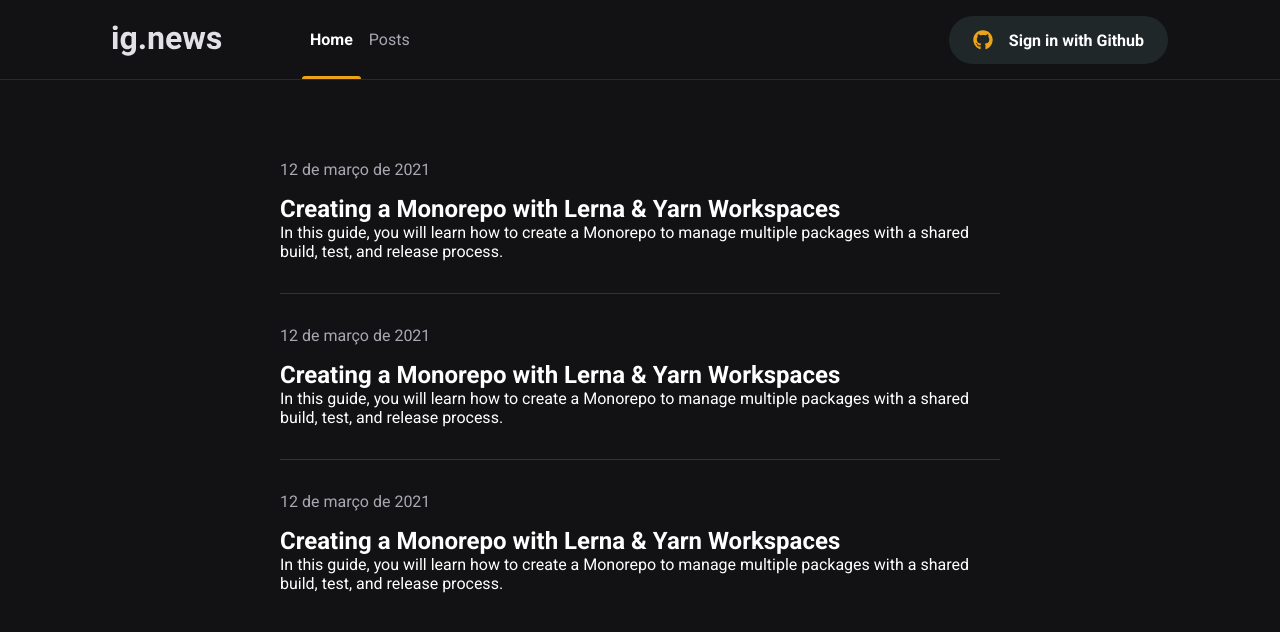
Repository: savinnsk/ignews
Page: /posts
These files come from the project's save history. The page is drawn as it stood at one moment and after the next save; the edit follows.
The browser window is 1280 px wide. The pictures show the whole page.
The page's requests for data from a server got no answer. The project was rebuilt for these pictures with package versions that can differ from the ones it lists, and the page was loaded fresh each time. The framework's server and built-in components were replaced by stand-ins that run in the browser. No one was signed in, and anything a server would have sent is missing.

Above is the page before, as saved 2021-06-24 21:30:36.

### src/pages/_app.tsx
import {Header} from "../components/Header/Header";

import { AppProps }  from 'next/app';
import '../styles/globals.scss';
import { Provider as NextAuthProvider } from 'next-auth/client'

function MyApp({ Component, pageProps } : AppProps ) {
  return (
  <NextAuthProvider session={pageProps.session}>
    <Header/>
    <Component {...pageProps} />
  </NextAuthProvider>
  )
}

export default MyApp

### src/pages/_document.tsx
import Document , { Html , Head , Main ,NextScript }from 'next/document';


export default class MyDocument extends Document {
    render(){
        return (
            <Html>
                <Head>
                <link rel="preconnect" href="https://fonts.gstatic.com"/>
                <link href="https://fonts.googleapis.com/css2?family=Roboto:wght@400;700;900&display=swap" rel="stylesheet"/>
                <link rel="shortcut icon" href="/favicon.png" type="image/png" />

                </Head>

                <body>
                    <Main />
                    <NextScript/>
                </body>
            </Html>
        )
    }
}

### src/pages/posts/index.tsx
import styles from './styles.module.scss'
import Head  from 'next/head'

export default function Post(){
    return (
        <>
        <Head>
            <title>Posts | Ignews</title>
        </Head>

        <main className={styles.container}>
          <div className={styles.posts} >
              <a href="">
                  <time>12 de março de 2021</time>
                  <strong>Creating a Monorepo with Lerna & Yarn Workspaces</strong>
                  <p>In this guide, you will learn how to create a Monorepo to manage multiple packages with a shared build, test, and release process.</p>
              </a>

              <a href="">
                  <time>12 de março de 2021</time>
                  <strong>Creating a Monorepo with Lerna & Yarn Workspaces</strong>
                  <p>In this guide, you will learn how to create a Monorepo to manage multiple packages with a shared build, test, and release process.</p>
              </a>

               <a href="">
                  <time>12 de março de 2021</time>
                  <strong>Creating a Monorepo with Lerna & Yarn Workspaces</strong>
                  <p>In this guide, you will learn how to create a Monorepo to manage multiple packages with a shared build, test, and release process.</p>
              </a>

          </div>
        </main>
        </>
    );
}

### src/components/Header/Header.tsx
import { SignInButton } from '../SingInButton/SignInButton';
import styles from './styles.module.scss';


export function Header (){
    return (
        <header className={styles.HeaderContainer}>
            <div className={styles.HeaderContent}>
                <img src="/images/logo.svg" alt="ig.news" />
                <nav>
                    <a className={styles.active} href="">Home</a>
                    <a  href="">Posts</a>
                </nav>

                <SignInButton/>
            </div>
        </header>
    )
}

### src/styles/globals.scss
* {
    margin : 0 ;
    padding: 0;
    box-sizing: border-box;

}


:root {

    --white : #ffffff;

    --gray100 : #e1e1e6 ;
    --gray300 : #a8a8b3;
    --gray700 : #323238;
    --gray-green850 : #1f2729;
    --gray800 : #29292e;
    --gray900: #121214;

    --cyan500 : #61dafb;
    --yellow500 : #eba417;
}


@media (max-width : 1080px){

    html{
        font-size : 93.75%  // 15px
    }
}

@media (max-width : 720px){

    html{
        font-size : 87.5% //14px
    }
}

body {

    background: var(--gray900);
    color : var(--white)

}


body , input ,button , select , textarea {
    font : 400 1rem "Roboto" , sans-sarif;
}

button {
    cursor: pointer ;
}


a{
    color : inherit ;
    text-decoration: none;
}

### src/pages/posts/styles.module.scss
.container {
    max-width: 1120px;
    margin: 0 auto;
    padding: 0 2rem;
}

.posts{
    max-width: 720px;
    margin: 5rem auto 0;

    a{
        display: block;

        & + a {
            margin-top: 2rem;
            padding-top:2rem;
            border-top:1px solid var(--gray700)
        }

        time {
            font-size:1rem;
            display: flex;
            align-items : center;
            color : var(--gray300)
        }

        strong {
            display: block;
            font-size: 1.5rem;
            margin-top : 1rem;
        }
    }
}

### src/components/SingInButton/SignInButton.tsx
import styles from './styles.module.scss'
import {FaGithub} from 'react-icons/fa'
import {FiX} from 'react-icons/fi';

import { signIn , signOut ,useSession } from 'next-auth/client'

export function SignInButton  () {

    const [session] = useSession() ;
    console.log(session)

 return session ? (



<button type="button"
    className={styles.SignInButton}
    onClick={()=> signOut()}
    >
       <FaGithub color="#04d361"/>
        {session.user.name}
        <FiX color="#737380" className={styles.closeIcon}/>
   </button>

 ): (

   <button type="button"
className={styles.SignInButton}
onClick={() => signIn('github')}
>
   <FaGithub color="#eba417"/>
    Sign in with Github
</button>



 )
}

### src/components/Header/styles.module.scss
.HeaderContainer {
    height : 5rem ;
    border-bottom : 1px solid var(--gray800)
}


.HeaderContent {
    max-width: 1120px;
    width: 100%;
    height : 5rem ;
    margin : 0 auto ; //align center horizon
    padding: 0 2rem;
    display : flex ;
    align-items: center;

        nav {
            margin-left:5rem ;
            height :5rem ;

                a{

                display: inline-block;
                position: relative;
                padding: 0 0.5rem;
                line-height : 5rem ;
                color :var(--gray300);
                transition : 0.2s;

                    a + a {
                        margin-left:2rem ;
                    }

                    &:hover
                    {
                      color : var(--white)
                    }


                    &.active {
                        color: var(--white);
                        font-weight :bold ;
                    }

                    &.active::after
                    {
                        content:'';
                        height : 3px;
                        border-radius : 3px 3px 0 0 ;
                        width : 100% ;
                        position : absolute ;
                        bottom : 1px ;
                        left : 0 ;
                        background: var(--yellow500);
                    }
                }


        }

         button {
             margin-left :auto ;
         }
}

### src/components/SingInButton/styles.module.scss
.SignInButton {

    height :3rem ;
    border-radius :3rem ;
    background: var(--gray-green850);
    border : 0 ;
    padding: 0 1.5rem;

    display: flex;
    align-items: center;
    justify-content: center;
    color: var(--white);
    font-weight : bold;
    transition: filter 0.2s;

    svg{
        width: 20px;
        height :20px;
    }

    svg:first-child{
        margin-right:1rem;
    }

    &:hover {
        filter: brightness(0.8);
    }

    .closeIcon {
        margin-left: 1rem;
    }
}

After the next save:
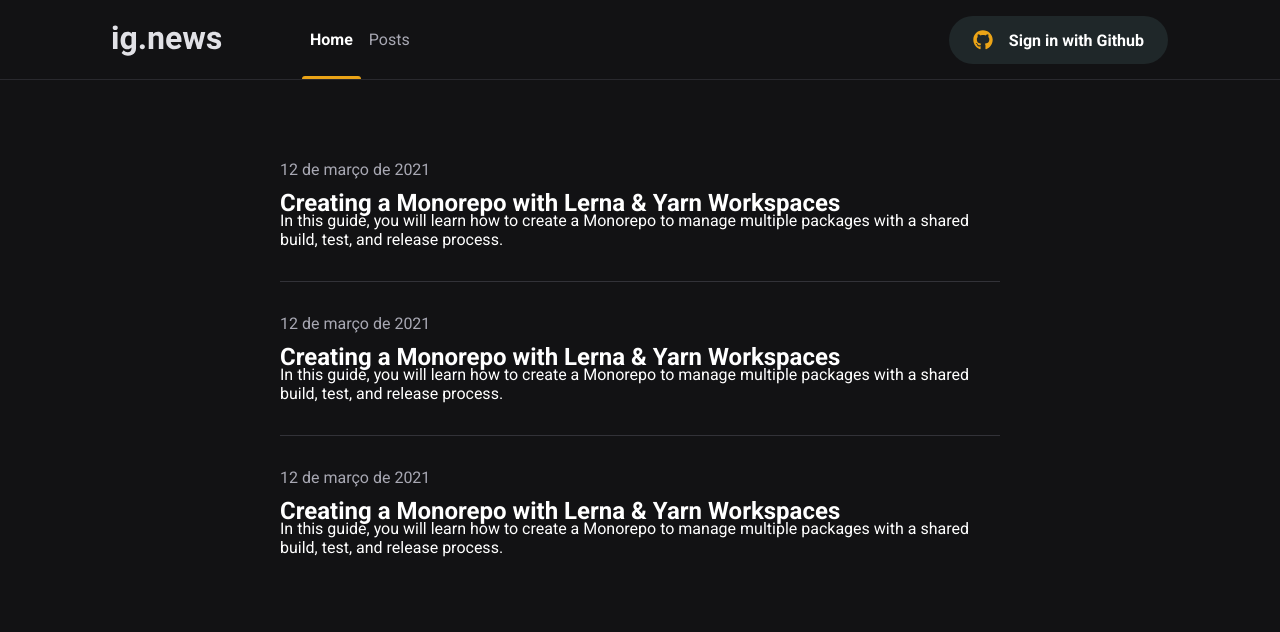
Saved 14 s later.
--- a/src/pages/posts/styles.module.scss
+++ b/src/pages/posts/styles.module.scss
@@ -28,6 +28,7 @@
             display: block;
             font-size: 1.5rem;
             margin-top : 1rem;
+            line-height: 1rem;
         }
     }
 }
